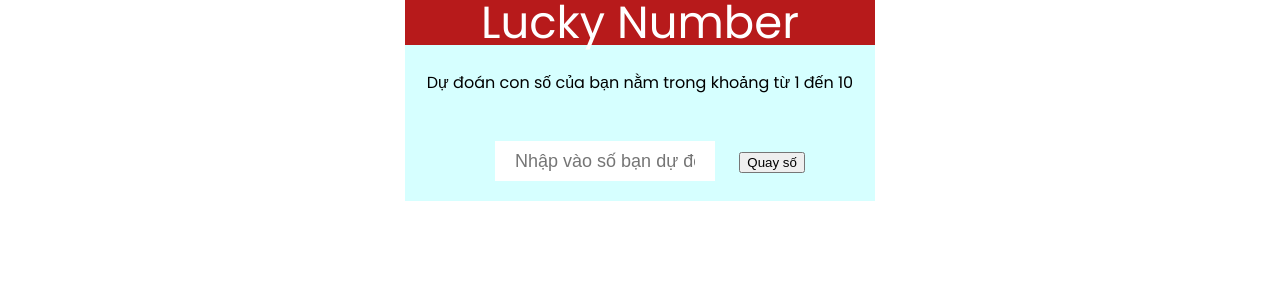
Repository: whis16720/PhuNguyen-C4EJS-D15
Page: index.html
An editor plug-in stored every save of this project. The page is shown before and after the next save, followed by the edit.
The browser window is 1280 px wide. The pictures show the whole page.
The style sheet was rebuilt from its Sass, Less or Tailwind sources for each picture, by a compiler version that may differ from the author's.

Above is the page before, as saved 2020-09-22 19:45:42.

### index.html
<!DOCTYPE html>
<html lang="en">
<head>
	<meta charset="UTF-8">
	<meta name="viewport" content="width=device-width, initial-scale=1.0">
	<title>Document</title>
	<link rel="stylesheet" href="style.css">
	<link rel="stylesheet" href="reset.css">
	<link href="https://fonts.googleapis.com/css2?family=Poppins:wght@200;300;400;600;700&display=swap" rel="stylesheet">
	<script src="index.js"></script>
</head>
<body>
	<div class="game">
		<h1 class="game__name">Lucky Number</h1>
		<p class="game__details">Dự đoán con số của bạn nằm trong khoảng từ 1 đến 10</p>
		<form class="game__play">
			<input type="text" placeholder="Nhập vào số bạn dự đoán" class="game__input">
			<button class="game__btn">Quay số</button>
		</form>

	</div>
</body>
</html>

### style.scss
.game {
	font-family: "Poppins", sans-serif;
	width: 470px;
	margin: auto;
	background-color: #d6ffff;
	&__name {
		text-align: center;
		font-size: 45px;
		background-color: #b71a1b;
		color: white;
		margin-bottom: 30px;
	}
	&__details {
		text-align: center;
		margin-bottom: 30px;
	}
	&__play {
		text-align: center;
	}
	&__input {

		border: 0;
		width: 180px;
		height: 40px;
		padding: 0 20px;
		margin: 20px;
		font-size: 18px;
	}
}

Loaded but not shown: reset.css (common file); index.js (no copy from this time; the picture is the same without it)

After the next save:
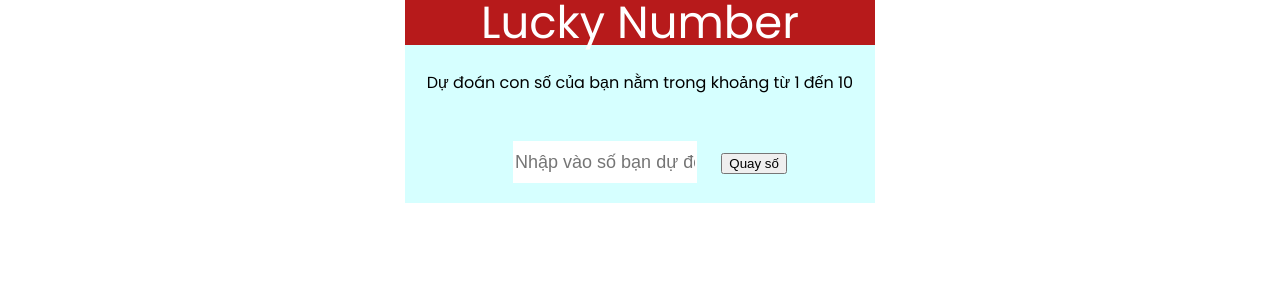
Saved 17 s later.
--- a/style.scss
+++ b/style.scss
@@ -22,7 +22,7 @@
 		border: 0;
 		width: 180px;
 		height: 40px;
-		padding: 0 20px;
+
 		margin: 20px;
 		font-size: 18px;
 	}
